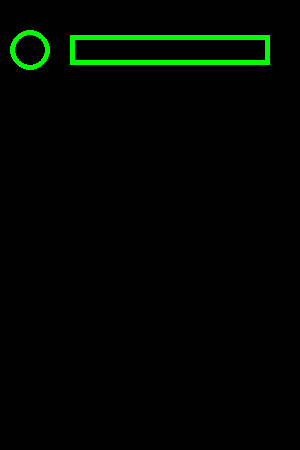
Repository: jontslater/idleclicker
Script's output: python main.py
These files come from the project's save history. The script's output is drawn as it stood at one moment and after the next save; the edit follows.
The window is shown after at most 60 frames with no key pressed. Random numbers start from a fixed seed.

Above is the script's output before, as saved 2025-04-07 13:23:08.

After the next save:
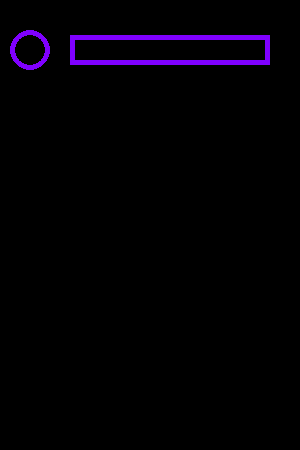
Saved 57 s later.
--- a/main.py
+++ b/main.py
@@ -34,6 +34,10 @@ while running:
 
     screen.fill(background)
     draw_task(green, 50)
+    draw_task(red, 50)
+    draw_task(orange, 50)
+    draw_task(white, 50)
+    draw_task(purple, 50)
     pygame.display.update()
 
 pygame.quit()
